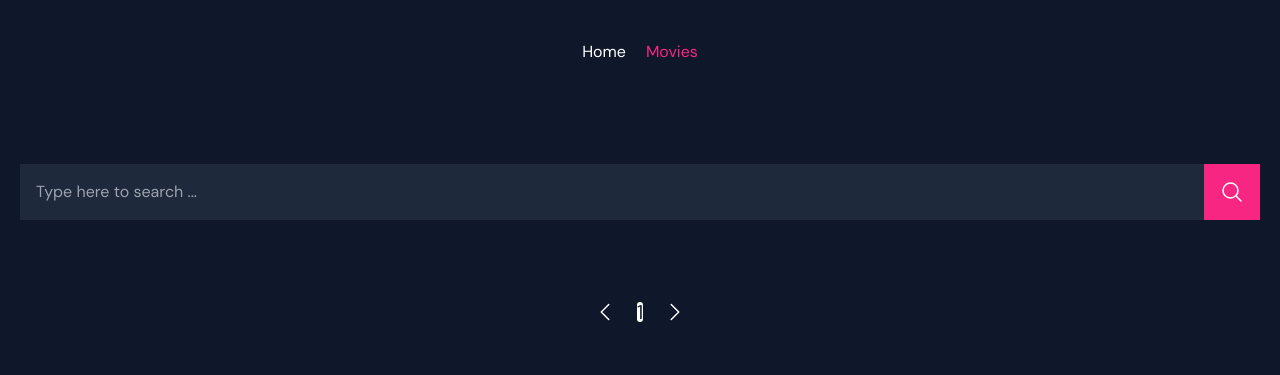
Repository: thanhdinh01/simple-movie
Page: /movies
These files come from the project's save history. The page is drawn as it stood at one moment and after the next save; the edit follows.
The browser window is 1280 px wide. The pictures show the whole page.
The page's requests for data from a server got no answer. The project was rebuilt for these pictures with package versions that can differ from the ones it lists, and the page was loaded fresh each time. No one was signed in, and anything a server would have sent is missing. Also part of the build but not shown: src/components/banner/Banner.js, src/components/movie/MovieCard.js, src/components/movie/MovieList.js, src/pages/HomePage.js, src/pages/MovieDetailPage.js.

Above is the page before, as saved 2023-03-01 11:17:42.

After the next save:
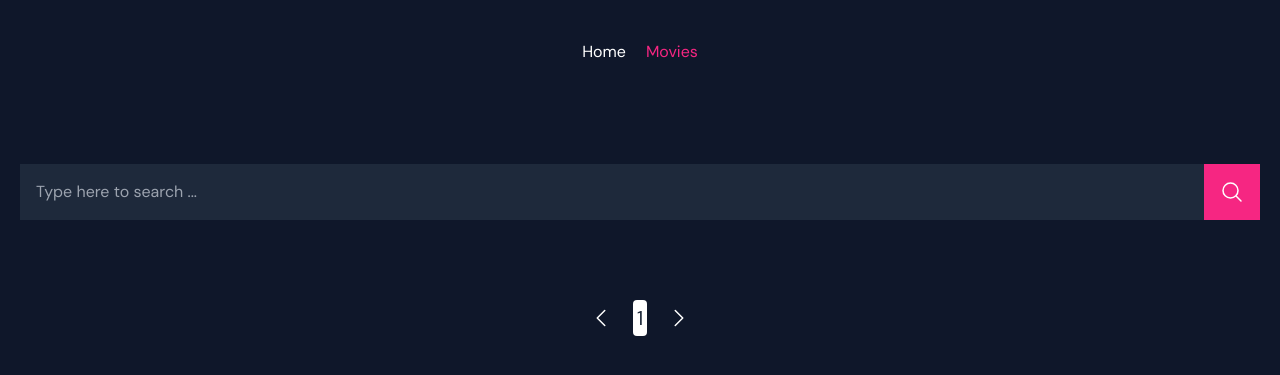
Saved 16 s later.
--- a/src/pages/MoviePage.js
+++ b/src/pages/MoviePage.js
@@ -97,7 +97,7 @@ const MoviePage = () => {
             />
           </svg>
         </span>
-        <span className="cursor-pointer bg-white text-slate-800  rounded leading-none text-xl">
+        <span className="cursor-pointer bg-white text-slate-800 px-1 py-2 rounded leading-none text-xl">
           1
         </span>
         <span className="cursor-pointer">
